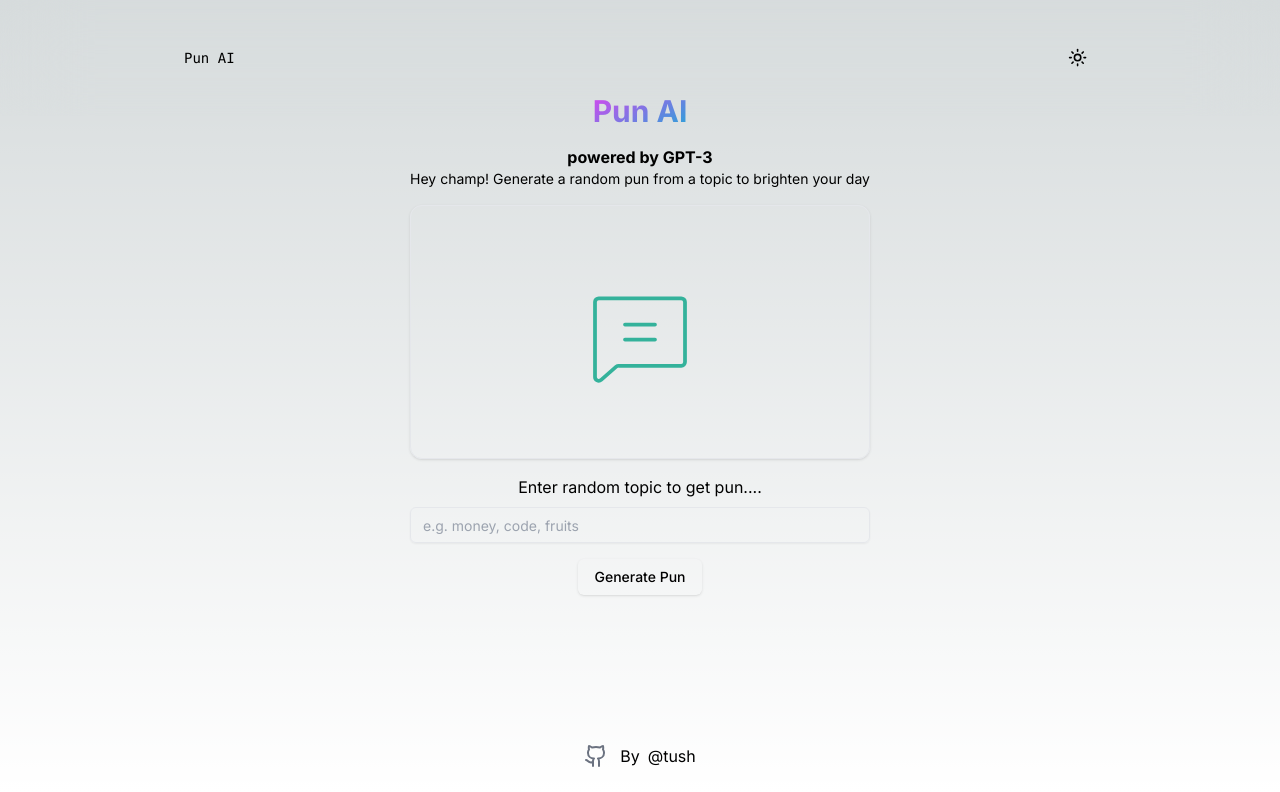
Repository: tushcmd/next-puns-ai
Page: /
An editor plug-in stored every save of this project. The page is shown before and after the next save, followed by the edit.
The browser window is 1280 px wide. The pictures show the whole page.
The project was rebuilt for these pictures with package versions that can differ from the ones it lists, and the page was loaded fresh each time. The framework's server and built-in components were replaced by stand-ins that run in the browser. Also part of the build but not shown: next.config.mjs.

Above is the page before, as saved 2024-08-10 06:24:25.

### app/layout.tsx
import type { Metadata } from "next";
import { Inter } from "next/font/google";
import "./globals.css";
import { Providers } from "@/components/providers";
import { Toaster } from "@/components/ui/toaster"

const inter = Inter({ subsets: ["latin"] });

export const metadata: Metadata = {
  title: "Puns AI",
  description: "Generate puns from a topic",
};

export default function RootLayout({
  children,
}: Readonly<{
  children: React.ReactNode;
}>) {
  return (
    <html lang="en" suppressHydrationWarning>
      <body className={`${inter.className} bg-background text-foreground`}>
        <Providers>
          {children}
          <Toaster />
        </Providers>
      </body>
    </html>
  );
}

### app/page.tsx

import Header from "@/components/header";
import Hero from "@/components/hero";
import Footer from "@/components/footer";

export default function Home() {
  return (
    <main className="flex min-h-screen flex-col items-center">
      <Header />
      <Hero />
      <Footer />
    </main>
  );
}


// export const dynamic = 'force-dynamic'

### app/globals.css
@tailwind base;
@tailwind components;
@tailwind utilities;


@layer base {
  :root {
    --foreground-rgb: 0, 0, 0;
    --background-start-rgb: 214, 219, 220;
    --background-end-rgb: 255, 255, 255;
  }

  [data-theme="dark"] {
    --foreground-rgb: 255, 255, 255;
    --background-start-rgb: 0, 0, 0;
    --background-end-rgb: 0, 0, 0;
  }


}


* {
  scroll-behavior: smooth;
}


body {
  color: rgb(var(--foreground-rgb));
  background: linear-gradient(
      to bottom,
      transparent,
      rgb(var(--background-end-rgb))
    )
    rgb(var(--background-start-rgb));
}

@layer utilities {
  .text-balance {
    text-wrap: balance;
  }
}

### components/providers.tsx

'use client'

import { ThemeProvider } from 'next-themes'
import React from 'react'

interface ProvidersProps {
    children: React.ReactNode;
}

export function Providers({ children }: ProvidersProps) {
    return <ThemeProvider defaultTheme="system" attribute='class' enableSystem>{children}</ThemeProvider>
}

### components/ui/toaster.tsx
"use client"

import {
  Toast,
  ToastClose,
  ToastDescription,
  ToastProvider,
  ToastTitle,
  ToastViewport,
} from "@/components/ui/toast"
import { useToast } from "@/components/ui/use-toast"

export function Toaster() {
  const { toasts } = useToast()

  return (
    <ToastProvider>
      {toasts.map(function ({ id, title, description, action, ...props }) {
        return (
          <Toast key={id} {...props}>
            <div className="grid gap-1">
              {title && <ToastTitle>{title}</ToastTitle>}
              {description && (
                <ToastDescription>{description}</ToastDescription>
              )}
            </div>
            {action}
            <ToastClose />
          </Toast>
        )
      })}
      <ToastViewport />
    </ToastProvider>
  )
}

### components/header.tsx
import Link from "next/link";
import ThemeSwitchButton from "./ThemeSwitchButton";

export default function Header() {
    return (
        <header className="fixed flex justify-center items-center w-full t-0 md:pb-4 md:pt-4 backdrop-blur-2xl">
            <div className="flex flex-row items-center w-full p-6 md:max-w-5xl justify-between font-mono text-sm">
                <Link
                    className="px-2 md:px-8"
                    href='/'
                >
                    Pun AI
                </Link>

                <div className="px-2 md:px-8">
                    <ThemeSwitchButton />
                </div>
            </div>
        </header>
    );
}

### components/hero.tsx
'use client'

import { useState, FormEvent, useRef } from "react";
import { Button } from "@/components/ui/button"
import { Input } from "@/components/ui/input"
import { Card, CardContent, CardFooter, CardHeader, CardTitle } from "@/components/ui/card"
import { Download, Loader2, Twitter } from "lucide-react"
import html2canvas from 'html2canvas';

export default function Hero() {
    const [prompt, setPrompt] = useState("");
    const [pun, setPun] = useState("");
    const [punLoading, setPunLoading] = useState(false);
    const [punLoadingError, setPunLoadingError] = useState(false);
    const punRef = useRef<HTMLDivElement>(null);

    async function handleSubmit(e: FormEvent<HTMLFormElement>) {
        e.preventDefault();
        const trimmedPrompt = prompt.trim();
        if (trimmedPrompt) {
            try {
                setPun("");
                setPunLoadingError(false);
                setPunLoading(true);
                const response = await fetch("/api/pun", {
                    method: "POST",
                    headers: { "Content-Type": "application/json" },
                    body: JSON.stringify({ prompt: trimmedPrompt }),
                });
                const data = await response.json();
                if (response.ok) {
                    setPun(data.pun);
                } else {
                    setPunLoadingError(true);
                }
            } catch (error) {
                console.error('Fetch error:', error);
                setPunLoadingError(true);
            } finally {
                setPunLoading(false);
            }
        }
    }

    const downloadPunAsImage = async () => {
        if (punRef.current) {
            const canvas = await html2canvas(punRef.current);
            const image = canvas.toDataURL("image/png");
            const link = document.createElement('a');
            link.href = image;
            link.download = 'pun.png';
            link.click();
        }
    };

    const shareOnTwitter = async () => {
        if (punRef.current) {
            const canvas = await html2canvas(punRef.current);
            const image = canvas.toDataURL("image/png");
            const twitterUrl = `https://twitter.com/intent/tweet?text=${encodeURIComponent('Check out this pun!')}&url=${encodeURIComponent(image)}`;
            window.open(twitterUrl, '_blank');
        }
    };

    return (
        <div className="flex flex-col relative justify-center items-center h-screen md:py-10 py-6 overflow-wrap max-w-3xl px-5">
            <h1 className="text-3xl font-bold pb-4 bg-gradient-to-br from-fuchsia-500 to-cyan-500 bg-clip-text text-transparent">
                Pun AI
            </h1>
            <p className="text-base font-bold">powered by GPT-3</p>
            <p className="text-sm mb-4">
                Hey champ! Generate a random pun from a topic to brighten your day
            </p>
            <Card className="w-full mb-4">
                <CardContent className="pt-6">
                    <div ref={punRef} className="relative w-full flex items-center justify-center aspect-[10/5] min-h-[200px]">
                        {punLoading ? (
                            <Loader2 className="h-8 w-8 animate-spin" />
                        ) : punLoadingError ? (
                            <p className="text-red-500">Something went wrong. Please try again.</p>
                        ) : pun ? (
                            <p className="text-md text-center">{pun}</p>
                        ) : (
                            <svg
                                xmlns="http://www.w3.org/2000/svg"
                                width="120"
                                height="120"
                                fill="#34b29b"
                                viewBox="0 0 256 256"
                            >
                                <path d="M216,52H40A12,12,0,0,0,28,64V224a11.89,11.89,0,0,0,6.93,10.88A12.17,12.17,0,0,0,40,236a11.89,11.89,0,0,0,7.69-2.83l.06-.06,32.14-28.17A4,4,0,0,1,82.5,204H216a12,12,0,0,0,12-12V64A12,12,0,0,0,216,52Zm4,140a4,4,0,0,1-4,4H82.5a12.1,12.1,0,0,0-7.79,2.87l-32.16,28.2A4,4,0,0,1,36,224V64a4,4,0,0,1,4-4H216a4,4,0,0,1,4,4Zm-56-80a4,4,0,0,1-4,4H96a4,4,0,0,1,0-8h64A4,4,0,0,1,164,112Zm0,32a4,4,0,0,1-4,4H96a4,4,0,0,1,0-8h64A4,4,0,0,1,164,144Z"></path>
                            </svg>
                        )}
                    </div>
                </CardContent>
            </Card>
            <form onSubmit={handleSubmit} className="flex flex-col mb-8 text-center items-center w-full">
                <div className="mb-4 w-full">
                    <label className="pb-2 block">Enter random topic to get pun....</label>
                    <Input
                        value={prompt}
                        onChange={(e) => setPrompt(e.target.value)}
                        id="prompt-input"
                        type="text"
                        placeholder="e.g. money, code, fruits"
                    />
                </div>
                <Button type="submit" disabled={punLoading}>
                    Generate Pun
                </Button>
            </form>
            {pun && (
                <div className="flex space-x-4">
                    <Button onClick={downloadPunAsImage} variant="outline">
                        <Download className="mr-2 h-4 w-4" />
                        Download
                    </Button>
                    <Button onClick={shareOnTwitter} variant="outline">
                        <Twitter className="mr-2 h-4 w-4" />
                        Tweet
                    </Button>
                </div>
            )}
        </div>
    );
}






// pun in a card

// 'use client'

// import { useState, FormEvent } from "react";
// import Spinner from "./Spinner";

// export default function Hero() {
//     const [prompt, setPrompt] = useState("");
//     const [pun, setPun] = useState("");
//     const [punLoading, setPunLoading] = useState(false);
//     const [punLoadingError, setPunLoadingError] = useState(false);

//     async function handleSubmit(e: FormEvent<HTMLFormElement>) {
//         e.preventDefault();
//         console.log("Form submitted");

//         const trimmedPrompt = prompt.trim();
//         console.log("Prompt:", trimmedPrompt);

//         if (trimmedPrompt) {
//             try {
//                 setPun("");
//                 setPunLoadingError(false);
//                 setPunLoading(true);

//                 console.log('Sending request to API');
//                 const response = await fetch("/api/pun", {
//                     method: "POST",
//                     headers: {
//                         "Content-Type": "application/json",
//                     },
//                     body: JSON.stringify({ prompt: trimmedPrompt }),
//                 });

//                 console.log('Received response from API');
//                 const data = await response.json();

//                 if (response.ok) {
//                     console.log('Pun received:', data.pun);
//                     setPun(data.pun);
//                 } else {
//                     console.error('API error:', data);
//                     setPunLoadingError(true);
//                 }
//             } catch (error) {
//                 console.error('Fetch error:', error);
//                 setPunLoadingError(true);
//             } finally {
//                 setPunLoading(false);
//             }
//         } else {
//             console.log("Prompt is empty");
//         }
//     }

//     return (
//         <div className="flex flex-col relative justify-center items-center h-screen md:py-6 py-4 overflow-wrap max-w-3xl px-5">
//             <p className="text-3xl font-bold pb-4 bg-gradient-to-br from-fuchsia-500 to-cyan-500 bg-clip-text text-transparent">
//                 Pun AI
//             </p>
//             <p className="text-base font-bold">powered by GPT-3</p>
//             <div className="text-sm mb-4">
//                 Hey champ! Generate a random pun from a topic to brighten your day
//             </div>
//             <div className="mx-[2rem] relative w-full flex items-center justify-center aspect-[10/5] min-h-[200px] border rounded-lg p-4 mb-4">
//                 {punLoading ? (
//                     <Spinner />
//                 ) : punLoadingError ? (
//                     <p className="text-red-500">Something went wrong. Please try again.</p>
//                 ) : pun ? (
//                     <p className="text-lg text-center">{pun}</p>
//                 ) : (
//                     <svg
//                         xmlns="http://www.w3.org/2000/svg"
//                         width="80"
//                         height="80"
//                         fill="#34b29b"
//                         viewBox="0 0 256 256"
//                     >
//                         <path d="M216,52H40A12,12,0,0,0,28,64V224a11.89,11.89,0,0,0,6.93,10.88A12.17,12.17,0,0,0,40,236a11.89,11.89,0,0,0,7.69-2.83l.06-.06,32.14-28.17A4,4,0,0,1,82.5,204H216a12,12,0,0,0,12-12V64A12,12,0,0,0,216,52Zm4,140a4,4,0,0,1-4,4H82.5a12.1,12.1,0,0,0-7.79,2.87l-32.16,28.2A4,4,0,0,1,36,224V64a4,4,0,0,1,4-4H216a4,4,0,0,1,4,4Zm-56-80a4,4,0,0,1-4,4H96a4,4,0,0,1,0-8h64A4,4,0,0,1,164,112Zm0,32a4,4,0,0,1-4,4H96a4,4,0,0,1,0-8h64A4,4,0,0,1,164,144Z"></path>
//                     </svg>
//                 )}
//             </div>
//             <form onSubmit={handleSubmit} className="flex flex-col mb-8 text-center items-center w-full">
//                 <div className="mb-4 w-full">
//                     <label className="pb-2 block">Enter random topic to get pun....</label>
//                     <input
//                         value={prompt}
//                         onChange={(e) => setPrompt(e.target.value)}
//                         className="shadow appearance-none border rounded w-full py-2 px-5 bg-white text-black dark:text-white leading-tight focus:outline-none focus:shadow-outline"
//                         id="prompt-input"
//                         type="text"
//                         placeholder="e.g. money, code, fruits"
//                     />
//                 </div>
//                 <button
//                     name='submit'
//                     type="submit"
//                     className="mb-3 border static rounded-xl bg-zinc-700 py-2 px-4 hover:bg-zinc-400 dark:bg-white text-white dark:text-black"
//                     disabled={punLoading}
//                 >
//                     Generate Pun
//                 </button>
//             </form>
//         </div>
//     );
// }

// pun working
// 'use client'

// import { useState, FormEvent } from "react";
// import Spinner from "./Spinner";

// export default function Hero() {
//     const [prompt, setPrompt] = useState("");
//     const [pun, setPun] = useState("");
//     const [punLoading, setPunLoading] = useState(false);
//     const [punLoadingError, setPunLoadingError] = useState(false);

//     async function handleSubmit(e: FormEvent<HTMLFormElement>) {
//         e.preventDefault();
//         console.log("Form submitted"); // Debug log

//         // Get the prompt value directly from the state
//         const trimmedPrompt = prompt.trim();

//         console.log("Prompt:", trimmedPrompt); // Debug log

//         if (trimmedPrompt) {
//             try {
//                 setPun("");
//                 setPunLoadingError(false);
//                 setPunLoading(true);

//                 console.log('Sending request to API');
//                 const response = await fetch("/api/pun", {
//                     method: "POST",
//                     headers: {
//                         "Content-Type": "application/json",
//                     },
//                     body: JSON.stringify({ prompt: trimmedPrompt }),
//                 });

//                 console.log('Received response from API');
//                 const data = await response.json();

//                 if (response.ok) {
//                     console.log('Pun received:', data.pun);
//                     setPun(data.pun);
//                 } else {
//                     console.error('API error:', data);
//                     setPunLoadingError(true);
//                 }
//             } catch (error) {
//                 console.error('Fetch error:', error);
//                 setPunLoadingError(true);
//             } finally {
//                 setPunLoading(false);
//             }
//         } else {
//             console.log("Prompt is empty"); // Debug log
//         }
//     }

//     return (
//         <div className="flex flex-col relative justify-center items-center h-screen md:py-10 py-6 overflow-wrap max-w-3xl px-5">
//             <p className="text-3xl font-bold pb-4 bg-gradient-to-br from-fuchsia-500 to-cyan-500 bg-clip-text text-transparent">
//                 Pun AI
//             </p>
//             <p className="text-base font-bold">powered by GPT-3</p>
//             <div className="text-sm">
//                 Hey champ! Generate a random pun from a topic to brighten your day
//             </div>
//             <div className="mx-[2rem] relative w-full flex items-center aspect-[10/5]">
//                 <svg
//                     xmlns="http://www.w3.org/2000/svg"
//                     width="80"
//                     height="80"
//                     fill="#34b29b"
//                     viewBox="0 0 256 256"
//                 >
//                     <path d="M216,52H40A12,12,0,0,0,28,64V224a11.89,11.89,0,0,0,6.93,10.88A12.17,12.17,0,0,0,40,236a11.89,11.89,0,0,0,7.69-2.83l.06-.06,32.14-28.17A4,4,0,0,1,82.5,204H216a12,12,0,0,0,12-12V64A12,12,0,0,0,216,52Zm4,140a4,4,0,0,1-4,4H82.5a12.1,12.1,0,0,0-7.79,2.87l-32.16,28.2A4,4,0,0,1,36,224V64a4,4,0,0,1,4-4H216a4,4,0,0,1,4,4Zm-56-80a4,4,0,0,1-4,4H96a4,4,0,0,1,0-8h64A4,4,0,0,1,164,112Zm0,32a4,4,0,0,1-4,4H96a4,4,0,0,1,0-8h64A4,4,0,0,1,164,144Z"></path>
//                 </svg>
//             </div>
//             <form onSubmit={handleSubmit} className="flex flex-col mb-8 text-center items-center">
//                 <div className="mb-4">
//                     <label className="pb-8">Enter random topic to get pun....</label>
//                     <input
//                         value={prompt}
//                         onChange={(e) => setPrompt(e.target.value)}
//                         className="shadow appearance-none border rounded w-full py-2 px-5 bg-white text-black dark:text-white leading-tight focus:outline-none focus:shadow-outline"
//                         id="prompt-input"
//                         type="text"
//                         placeholder="e.g. money, code, fruits"
//                     />
//                 </div>
//                 <button
//                     name='submit'
//                     type="submit"
//                     className="mb-3 border static rounded-xl bg-zinc-700 py-2 px-4 hover:bg-zinc-400 dark:bg-white"
//                     disabled={punLoading}
//                 >
//                     Stoopid pun
//                 </button>
//             </form>

//             {punLoading && <Spinner />}
//             {punLoadingError && "Something went wrong. Please try again."}
//             {pun && <p className='text-base p-2 text-white dark:text-black'>{pun}</p>}
//         </div>
//     );
// }

### components/footer.tsx
import Link from "next/link";


export default function Footer() {
    return (
        <div className="inline-flex p-6 max-w-3xl gap-3 items-center text-center">
            <div>
                <Link
                    href="https://github.com/tushcmd/next-puns-ai"
                    target="_blank"
                    rel="noreferrer"
                    className="text-gray-500 hover:text-gray-900 dark:text-gray-400 dark:hover:text-gray-200"
                >
                    <svg xmlns="http://www.w3.org/2000/svg" width="24" height="24" viewBox="0 0 24 24" fill="none" stroke="currentColor" stroke-width="2" stroke-linecap="round" stroke-linejoin="round" className="lucide lucide-github"><path d="M15 22v-4a4.8 4.8 0 0 0-1-3.5c3 0 6-2 6-5.5.08-1.25-.27-2.48-1-3.5.28-1.15.28-2.35 0-3.5 0 0-1 0-3 1.5-2.64-.5-5.36-.5-8 0C6 2 5 2 5 2c-.3 1.15-.3 2.35 0 3.5A5.403 5.403 0 0 0 4 9c0 3.5 3 5.5 6 5.5-.39.49-.68 1.05-.85 1.65-.17.6-.22 1.23-.15 1.85v4" /><path d="M9 18c-4.51 2-5-2-7-2" /></svg>
                </Link>
            </div>
            <Link
                className="pointer-events-none flex place-items-center gap-2 px-8 lg:pointer-events-auto lg:p-0"
                href="https://tushdev.co/"
                target="_blank"
                rel="noopener noreferrer"
            >
                By{" "}
                <p>@tush</p>
            </Link>

        </div>
    )
}

### components/ui/button.tsx
import * as React from "react"
import { Slot } from "@radix-ui/react-slot"
import { cva, type VariantProps } from "class-variance-authority"

import { cn } from "@/lib/utils"

const buttonVariants = cva(
  "inline-flex items-center justify-center whitespace-nowrap rounded-md text-sm font-medium transition-colors focus-visible:outline-none focus-visible:ring-1 focus-visible:ring-ring disabled:pointer-events-none disabled:opacity-50",
  {
    variants: {
      variant: {
        default:
          "bg-primary text-primary-foreground shadow hover:bg-primary/90",
        destructive:
          "bg-destructive text-destructive-foreground shadow-sm hover:bg-destructive/90",
        outline:
          "border border-input bg-background shadow-sm hover:bg-accent hover:text-accent-foreground",
        secondary:
          "bg-secondary text-secondary-foreground shadow-sm hover:bg-secondary/80",
        ghost: "hover:bg-accent hover:text-accent-foreground",
        link: "text-primary underline-offset-4 hover:underline",
      },
      size: {
        default: "h-9 px-4 py-2",
        sm: "h-8 rounded-md px-3 text-xs",
        lg: "h-10 rounded-md px-8",
        icon: "h-9 w-9",
      },
    },
    defaultVariants: {
      variant: "default",
      size: "default",
    },
  }
)

export interface ButtonProps
  extends React.ButtonHTMLAttributes<HTMLButtonElement>,
    VariantProps<typeof buttonVariants> {
  asChild?: boolean
}

const Button = React.forwardRef<HTMLButtonElement, ButtonProps>(
  ({ className, variant, size, asChild = false, ...props }, ref) => {
    const Comp = asChild ? Slot : "button"
    return (
      <Comp
        className={cn(buttonVariants({ variant, size, className }))}
        ref={ref}
        {...props}
      />
    )
  }
)
Button.displayName = "Button"

export { Button, buttonVariants }

### components/ui/input.tsx
import * as React from "react"

import { cn } from "@/lib/utils"

export interface InputProps
  extends React.InputHTMLAttributes<HTMLInputElement> {}

const Input = React.forwardRef<HTMLInputElement, InputProps>(
  ({ className, type, ...props }, ref) => {
    return (
      <input
        type={type}
        className={cn(
          "flex h-9 w-full rounded-md border border-input bg-transparent px-3 py-1 text-sm shadow-sm transition-colors file:border-0 file:bg-transparent file:text-sm file:font-medium placeholder:text-muted-foreground focus-visible:outline-none focus-visible:ring-1 focus-visible:ring-ring disabled:cursor-not-allowed disabled:opacity-50",
          className
        )}
        ref={ref}
        {...props}
      />
    )
  }
)
Input.displayName = "Input"

export { Input }

### tailwind.config.ts
import type { Config } from "tailwindcss";

const config: Config = {
  darkMode: "class",
  content: [
    "./pages/**/*.{js,ts,jsx,tsx,mdx}",
    "./components/**/*.{js,ts,jsx,tsx,mdx}",
    "./app/**/*.{js,ts,jsx,tsx,mdx}",
  ],
  theme: {
    extend: {
      backgroundImage: {
        "gradient-radial": "radial-gradient(var(--tw-gradient-stops))",
        "gradient-conic":
          "conic-gradient(from 180deg at 50% 50%, var(--tw-gradient-stops))",
      },

      screens: {
        sm: '480px',
        md: '768px',
        lg: '976px',
        xl: '1440px',
      },
    },
  },
  plugins: [],
};
export default config;

Loaded but not shown: components/ui/use-toast.ts (common file); lib/utils.ts (common file); components/ui/toast.tsx (129 lines, source omitted); components/ThemeSwitchButton.tsx (75 lines, source omitted); components/ui/card.tsx (76 lines, source omitted)

After the next save:
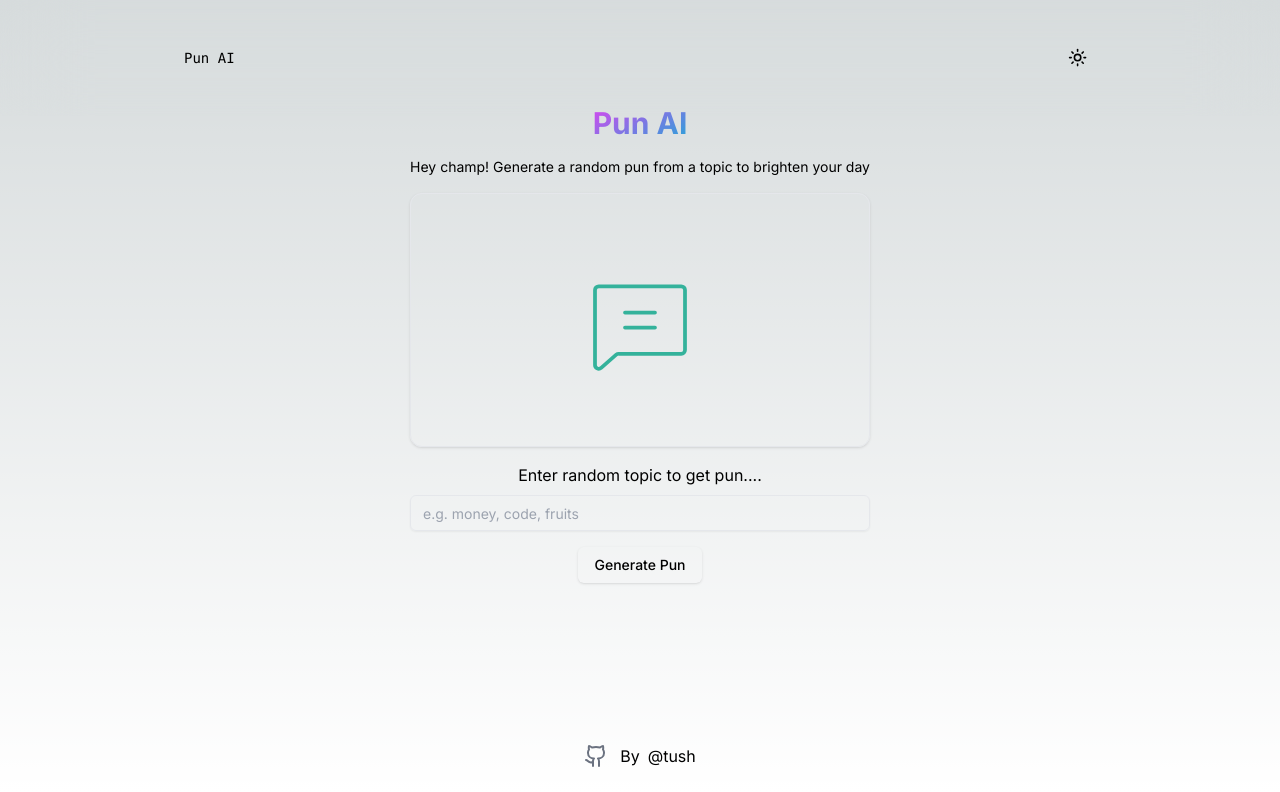
Saved 29 s later.
--- a/components/hero.tsx
+++ b/components/hero.tsx
@@ -67,7 +67,7 @@
             <h1 className="text-3xl font-bold pb-4 bg-gradient-to-br from-fuchsia-500 to-cyan-500 bg-clip-text text-transparent">
                 Pun AI
             </h1>
-            <p className="text-base font-bold">powered by GPT-3</p>
+            {/* <p className="text-base font-bold">powered by GPT-3</p> */}
             <p className="text-sm mb-4">
                 Hey champ! Generate a random pun from a topic to brighten your day
             </p>
